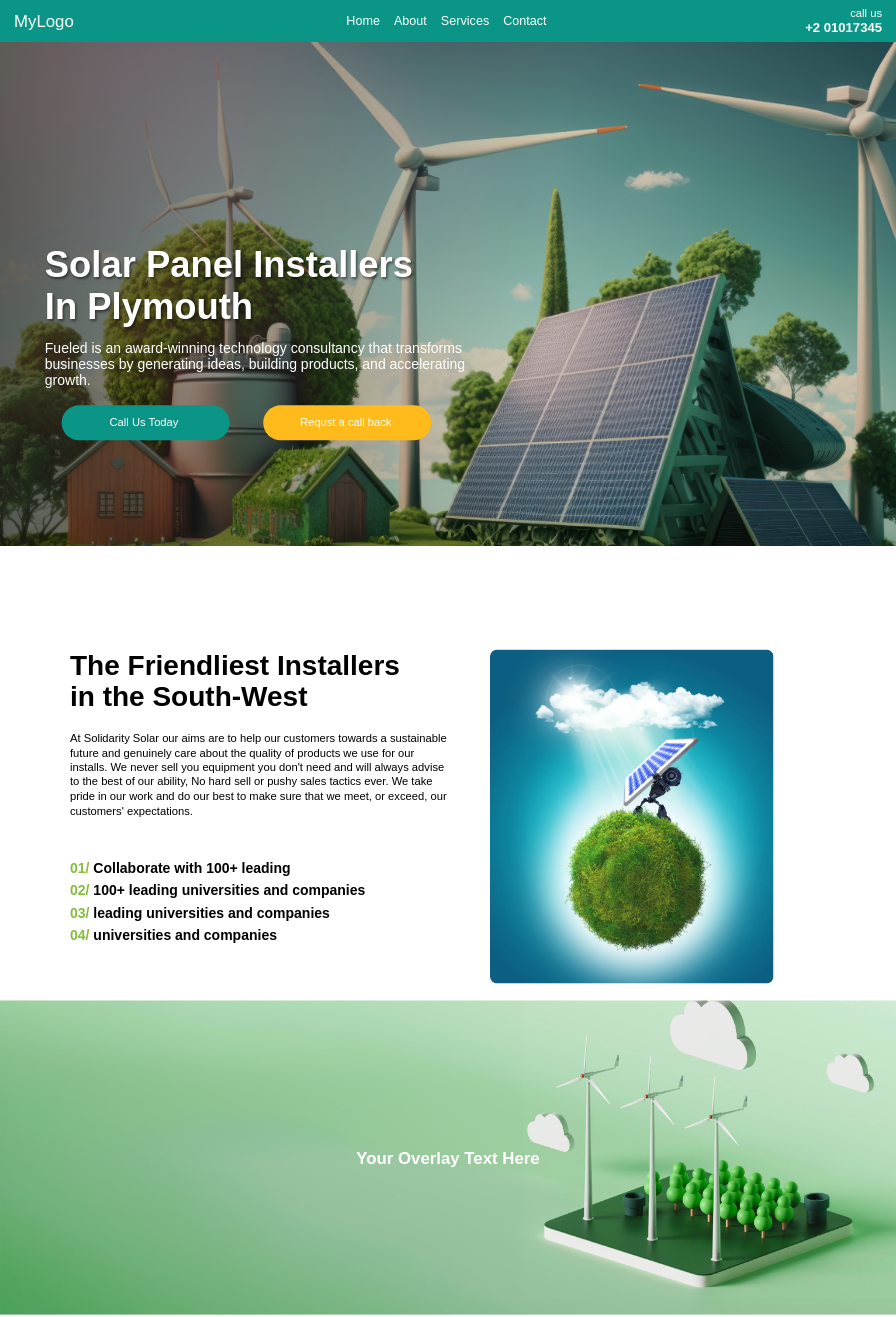
Repository: MaramNabil872/Landing-Page
Page: landingPage.html
An editor plug-in stored every save of this project. The page is shown before and after the next save, followed by the edit.
The browser window is 1280 px wide. The pictures show the whole page, at 70% of full size.

Above is the page before, as saved 2024-10-20 21:31:23.

### landingPage.html
<!DOCTYPE html>
<html lang="en">
    <head>
        <meta charset="UTF-8" />
        <meta name="viewport" content="width=device-width, initial-scale=1.0" />
        <title>Landing Page</title>
        <link rel="stylesheet" href="landingPage.css" />
    </head>
    <body>
        <nav class="navbar">
            <div class="logo">MyLogo</div>

            <ul class="nav-links">
                <li><a href="#home">Home</a></li>
                <li><a href="#about">About</a></li>
                <li><a href="#services">Services</a></li>
                <li><a href="#contact">Contact</a></li>
            </ul>
            <div class="call">
                <p>call us</p>
                <h3>+2 01017345</h3>
            </div>
        </nav>

        <div class="image-container">
            <img
                src="images/solar-panels-meadow 1.png"
                alt="Background Image"
                class="background-image"
            />
            <div class="main-text">
                <h2 class="text-wallpaper">
                    Solar Panel Installers <br />
                    In Plymouth
                </h2>
                <br />
                <p class="text-paragraph">
                    Fueled is an award-winning technology consultancy that
                    transforms <br />
                    businesses by generating ideas, building products, and
                    accelerating<br />
                    growth.
                </p>
                <div class="button-container">
                    <button class="button-wallpaper1">Call Us Today</button>
                    <button class="button-wallpaper2">
                        Requst a call back
                    </button>
                </div>
            </div>
        </div>

        <!-- first container -->

        <div class="container1">
            <div class="text-container1">
                <p class="title-container1">
                    The Friendliest Installers <br />in the South-West
                </p>
                <p class="paragraph-container1">
                    At Solidarity Solar our aims are to help our customers
                    towards a sustainable future and genuinely care about the
                    quality of products we use for our installs. We never sell
                    you equipment you don't need and will always advise to the
                    best of our ability, No hard sell or pushy sales tactics
                    ever. We take pride in our work and do our best to make sure
                    that we meet, or exceed, our customers' expectations.
                </p>
                <div class="last-container1">
                    <p>
                        <span class="number-container1">01/ </span>Collaborate
                        with 100+ leading
                    </p>
                    <p>
                        <span class="number-container1">02/ </span> 100+ leading
                        universities and companies
                    </p>
                    <p>
                        <span class="number-container1">03/ </span> leading
                        universities and companies
                    </p>
                    <p>
                        <span class="number-container1">04/ </span> universities
                        and companies
                    </p>
                </div>
            </div>
            <div class="image-container1">
                <img src="images/Rectangle 30.png" alt="solar" />
            </div>
        </div>

        <!-- second section -->

        <div class="full-width-image">
            <img src="images/middle.png" alt="Full Width Image">
            <div class="overlay-text">
                <h2>Your Overlay Text Here</h2>
            </div>
        </div>
    </body>
</html>

### landingPage.css
* {
    margin: 0;
    padding: 0;
    box-sizing: border-box; /* Added for consistent sizing */
}

body {
    font-family: Arial, sans-serif;
}

.navbar {
    background-color: #0b9586;
    display: flex;
    justify-content: space-between;
    align-items: center;
    padding: 10px 20px;
    position: relative;
    flex-wrap: wrap; /* Allow items to wrap on smaller screens */
}

.logo {
    color: #fff;
    font-size: 24px;
}

.nav-links {
    list-style: none;
    display: flex;
    flex-wrap: wrap; /* Allow links to wrap on smaller screens */
}

.nav-links li {
    margin-left: 20px;
}

.nav-links a {
    text-decoration: none;
    color: white;
    font-size: 18px;
    transition: color 0.3s;
}

.nav-links a:hover {
    color: #f0a500;
}

.call {
    color: #fff;
    text-align: right; /* Align text to the right */
}

.image-container {
    position: relative;
    width: 100%;
    height: 100vh; /* Full screen height */
    overflow: hidden; /* Hide overflow */
}

.background-image {
    width: 100%;
    height: 100%;
    object-fit: cover; /* Ensure the image covers the entire container */
}
.main-text{
    position: absolute;
    top: 40%;
    left:5%;
}
.text-wallpaper {


    color: white;
    font-size: 52px;
    font-weight: bold;
    text-shadow: 2px 2px 4px rgba(0, 0, 0, 0.5);
}
.text-paragraph{
    color: white;
    font-size:  20px;

}
.button-container{
    display: flex;
}
.button-wallpaper1 {
    background-color: #0b9586;
    color: white;
    border: none;
    border-radius: 20em;
    padding: 0.8em 1.5em 0.8em 1.2em;
    width: 40%;
    margin: 4%;
    height: 50px;
    font-size: 16px;
    cursor: pointer;
    align-items: center;

}
.button-wallpaper2 {
    background-color:  #FFBB1C;
    ;
    color: white;
    border: none;
    border-radius: 20em;
    padding: 0.8em 1.5em 0.8em 1.2em;
    width: 40%;
    margin: 4%;
    height: 50px;
    font-size: 16px;
    cursor: pointer;
    align-items: center;

}

.container1 {
    display: flex;
    background-color: white;
    padding-top: 10%;
    border-radius: 8px;
    max-width: 1200px;
    margin: 20px auto;


}
.title-container1{
    font-size: 40px;
    font-weight: bold;


}
.text-container1 {
   flex:1;
    padding-right:5%;
padding-left: 5%;}
.paragraph-container1{
    margin-top: 5%;
    line-height: 1.3;
}

.last-container1{
    font-size: 20px;
    font-weight: bold;
    padding-top: 10%;
    line-height: 1.6;
    .number-container1{
        color:#84BD3A;
        ;
    }
}
.image-container1 {
   flex:1
}

.image-container1 img {
    width: 75%;
    height: auto;
    border-radius: 8px;
}


.full-width-image {
    position: relative;
    width: 100%;
    overflow: hidden;
}

.full-width-image img {
    width: 100%;
    height: auto; }

.overlay-text {
    position: absolute;
    top: 50%; /* Center the text vertically */
    left: 50%; /* Center the text horizontally */
    transform: translate(-50%, -50%); /* Offset for centering */
    color: white; /* Text color */
    text-align: center; /* Center text alignment */

}
/* Media Queries for Responsiveness */
@media (max-width: 768px) {
    .navbar {
        flex-direction: column; /* Stack items vertically */
        align-items: flex-start; /* Align items to the left */
    }

    .nav-links {
        margin-top: 10px; /* Space between navbar and links */
    }

    .nav-links li {
        margin-left: 0;
        margin-bottom: 10px; /* Space between links */
    }

    .text-overlay {
        font-size: 1.5rem; /* Smaller text size for mobile */
    }
}

@media (max-width: 480px) {
    .text-overlay {
        font-size: 1.2rem; /* Even smaller text size for very small screens */
    }

    .call h3 {
        font-size: 1.2rem; /* Adjust call size for small screens */
    }
}

After the next save:
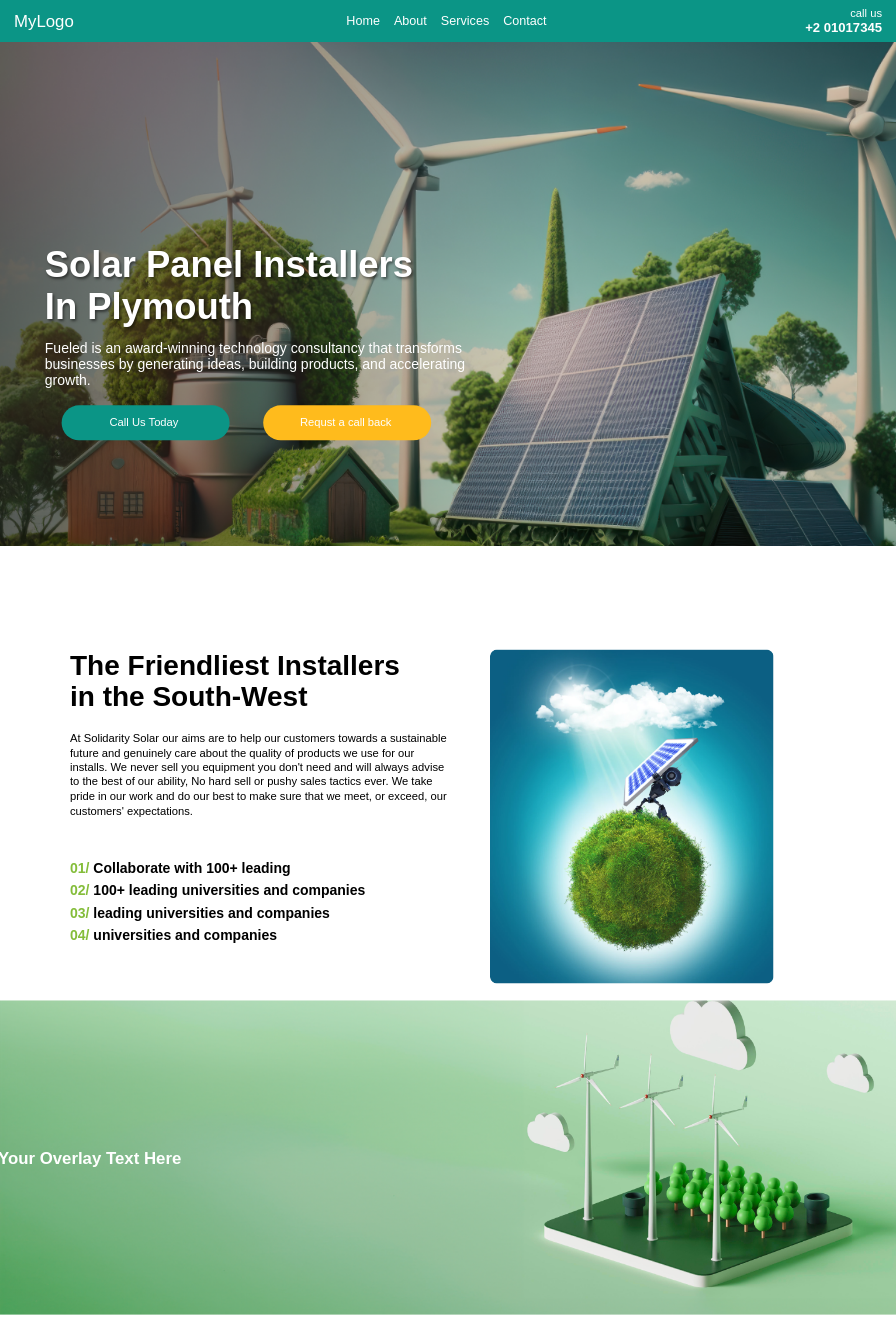
Saved 23 s later.
--- a/landingPage.css
+++ b/landingPage.css
@@ -171,7 +171,7 @@ padding-left: 5%;}
 .overlay-text {
     position: absolute;
     top: 50%; /* Center the text vertically */
-    left: 50%; /* Center the text horizontally */
+    left: 10%; /* Center the text horizontally */
     transform: translate(-50%, -50%); /* Offset for centering */
     color: white; /* Text color */
     text-align: center; /* Center text alignment */
